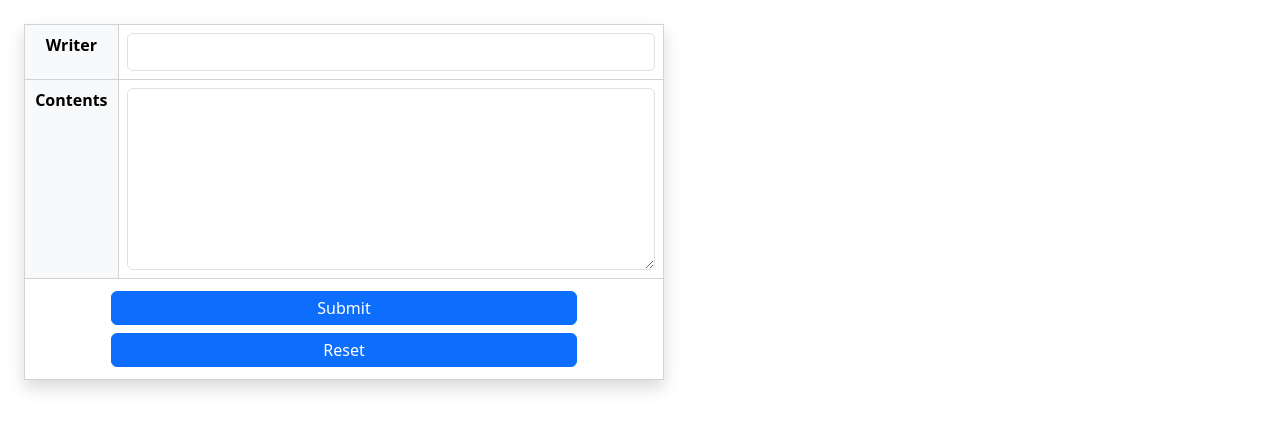
Repository: tomaters/servlets-JSP
Page: jsptest/src/main/webapp/bbs/write2.html
The author's editor kept a copy of each file at every save. The page is drawn from the files as they stood at one save, then again after the next save.
The browser window is 1280 px wide. The pictures show the whole page.

Above is the page before, as saved 2023-11-29 07:00:51.

### jsptest/src/main/webapp/bbs/write2.html
<!DOCTYPE html>
<html>
<head>
<meta charset="UTF-8">
<title>Insert title here</title>
 <!-- import Bootstrap -->
    <link href="https://cdn.jsdelivr.net/npm/bootstrap@5.3.2/dist/css/bootstrap.min.css" rel="stylesheet">
    <script src="https://cdn.jsdelivr.net/npm/bootstrap@5.3.2/dist/js/bootstrap.bundle.min.js"></script>
</head>
<body>
<form method="post" action="/jsptest/visit">
      <table align="center" class="table text-center table-bordered table-hover p-2 m-4 w-50 shadow" style="border:lightgray">
        <tr class="w-100 bg-dark">
            <th class="text-center bg-light">Writer</th>
        		<td>
        			<input type="text" name="writer" class="form-control">
        		</td>
        	</tr>
        <tr>
        	<th class="text-center bg-light">Contents</th>
        	<td>
          		<textarea rows="7" cols="50" name="memo" class="form-control"></textarea>
         	</td>
        </tr>
        <tr>
         <td colspan="2" align="center">
           <input type="submit" class="btn btn-primary w-75 p-1 m-1" value="Submit">
           <input type="reset" class="btn btn-primary w-75 p-1 m-1" value="Reset">
         </td>
         </tr>
    </table>
    </form>
</body>
</html>

After the next save:
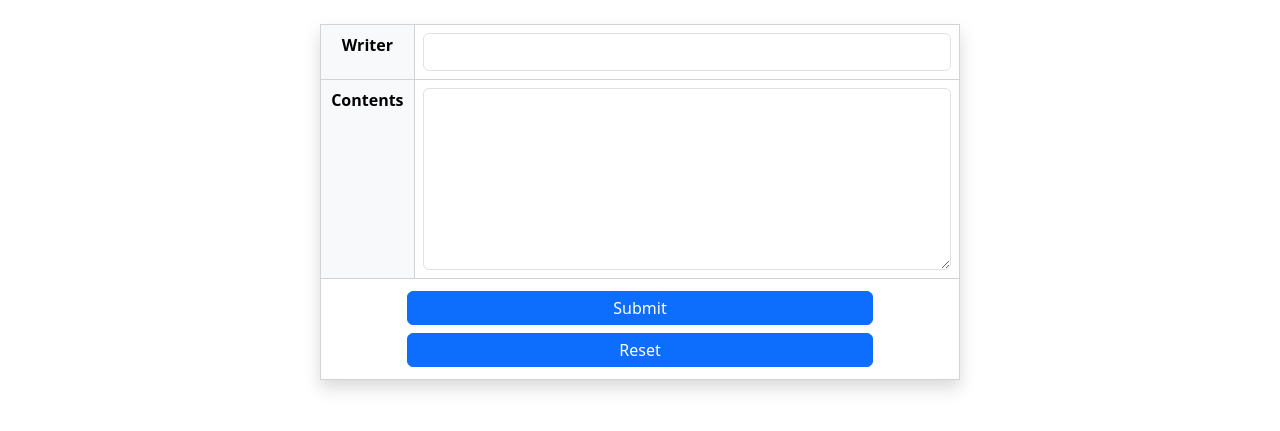
Saved 99 s later.
--- a/jsptest/src/main/webapp/bbs/write2.html
+++ b/jsptest/src/main/webapp/bbs/write2.html
@@ -9,7 +9,7 @@
 </head>
 <body>
 <form method="post" action="/jsptest/visit">
-      <table align="center" class="table text-center table-bordered table-hover p-2 m-4 w-50 shadow" style="border:lightgray">
+      <table align="center" class="table text-center table-bordered table-hover p-2 mt-4 mx-auto w-50 shadow" style="border:lightgray">
         <tr class="w-100 bg-dark">
             <th class="text-center bg-light">Writer</th>
         		<td>
